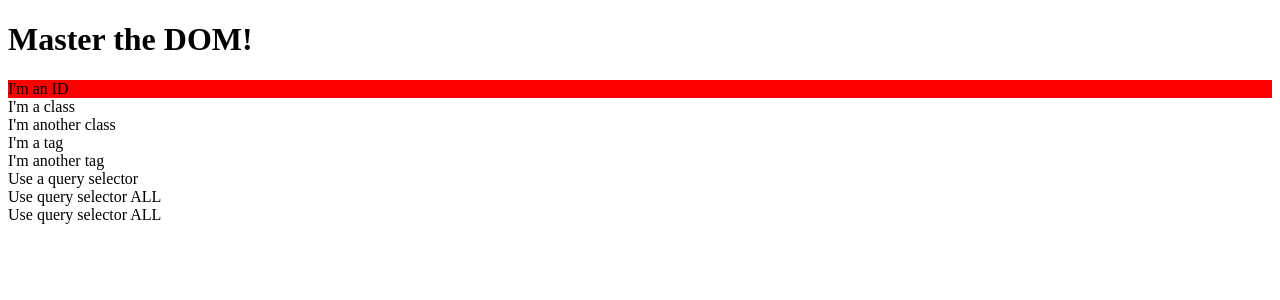
Repository: glgeorgiou/100-days-of-code-projects
Page: DOM Testing/1.html
These files come from the project's save history. The page is drawn as it stood at one moment and after the next save; the edit follows.
The browser window is 1280 px wide. The pictures show the whole page.

Above is the page before, as saved 2020-04-14 10:30:47.

### DOM Testing/1.html
<!DOCTYPE html>
<html lang="en">
<head>
  <title>Master the DOM!</title>
</head>
<body>
    <h1>Master the DOM!</h1>
    <div id="test">I'm an ID</div>
    <div class="test">I'm a class</div>
    <div class="test">I'm another class</div>
    <section>I'm a tag</section>
    <section>I'm another tag</section>
    <div id="test-query">Use a query selector</div>
    <div class="test-query-all">Use query selector ALL</div>
    <div class="test-query-all">Use query selector ALL</div>

    <script src="1.js"></script>
</body>
</html>

### DOM Testing/1.js
/** Using js to colorize DOM */

//First paragraph
testId = document.getElementById('test');
testId.style.backgroundColor = 'red'

After the next save:
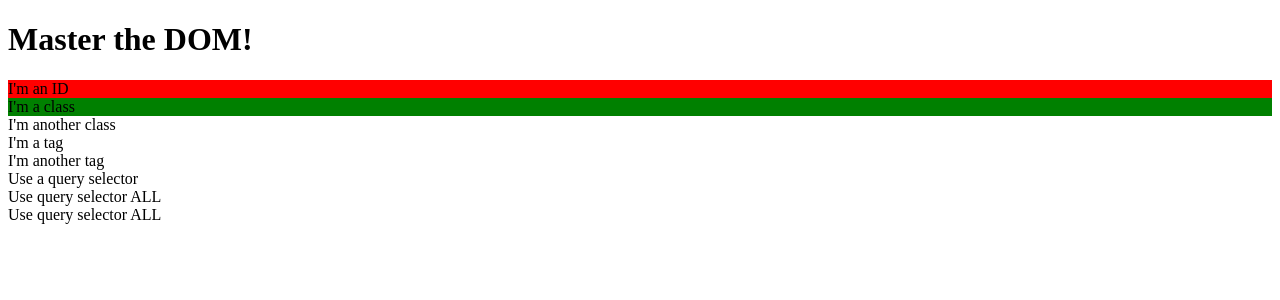
Saved 2 min 29 s later.
--- a/DOM Testing/1.js
+++ b/DOM Testing/1.js
@@ -3,3 +3,7 @@
 //First paragraph
 testId = document.getElementById('test');
 testId.style.backgroundColor = 'red'
+
+//2nd paragraph
+testClass = document.getElementsByClassName('test');
+testClass[0].style.backgroundColor = 'green'
